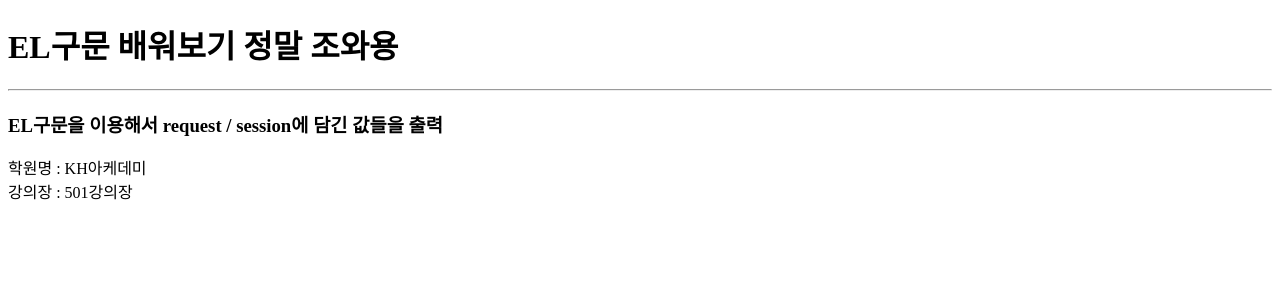
Repository: ghksl0204-shapa/dynamic-web
Page: http://localhost/ActionProject/el.do
The author's editor kept a copy of each file at every save. The page is drawn from the files as they stood at one save, then again after the next save.
The browser window is 1280 px wide. The pictures show the whole page.
The page is served by Tomcat 9.

Above is the page before, as saved 2026-05-06 05:45:53.

After the next save:
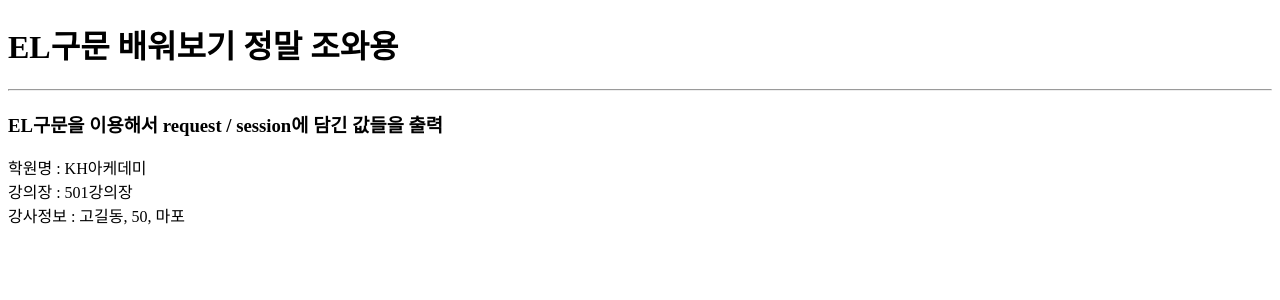
Saved 86 s later.
--- a/ActionProject/src/main/webapp/WEB-INF/views/01_el.jsp
+++ b/ActionProject/src/main/webapp/WEB-INF/views/01_el.jsp
@@ -44,6 +44,8 @@
 	<p>
 		학원명 : ${ academy } <br>
 		강의장 : ${ classRoom } <br>
+		강사정보 : ${ lecture.name }, ${ lecture.age }, ${ lecture.address } <br>
+
 
 	</p>
 
